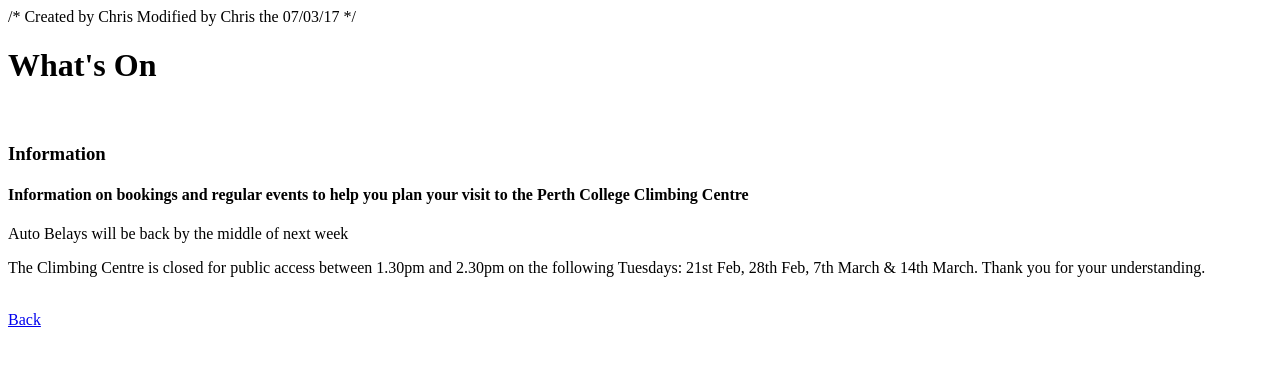
Repository: chrisbialy/academy
Page: http://localhost/View/whatson.php
The author's editor kept a record of every edit. The page is drawn from the files as they stood at one moment, then again after the next edit.
The browser window is 1280 px wide. The pictures show the whole page.
The page is run by PHP 8.4 with error messages shown; the project is at /var/www/html/.

Above is the page before.
Console error: ReferenceError: $ is not defined

After the next edit:
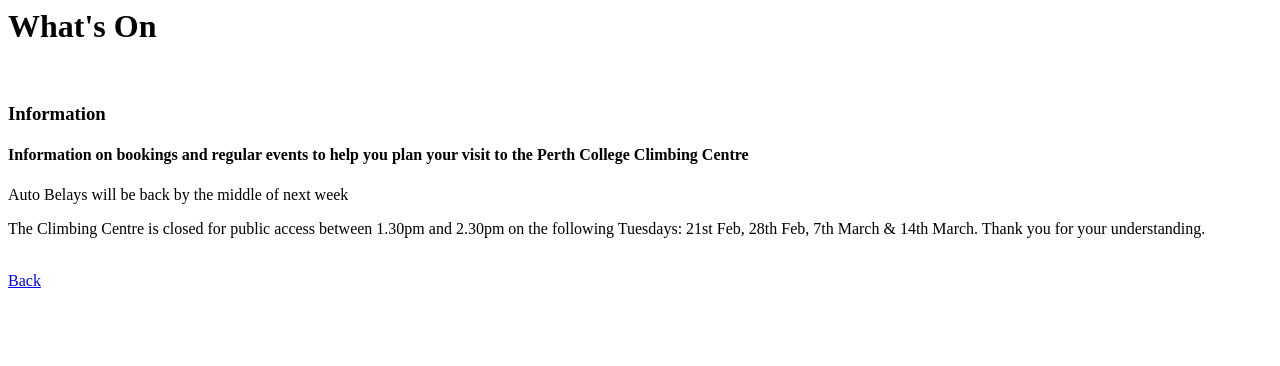
The edit:
--- a/View/whatson.php
+++ b/View/whatson.php
@@ -1,7 +1,5 @@
-/*
- Created by Chris
- Modified by Chris the 07/03/17
- */
+<!--Created by Chris Modified by Chris the 07/03/17-->
+
 <div class="row">
     <div class="col-lg-12">
         <h1 class="text-center">
